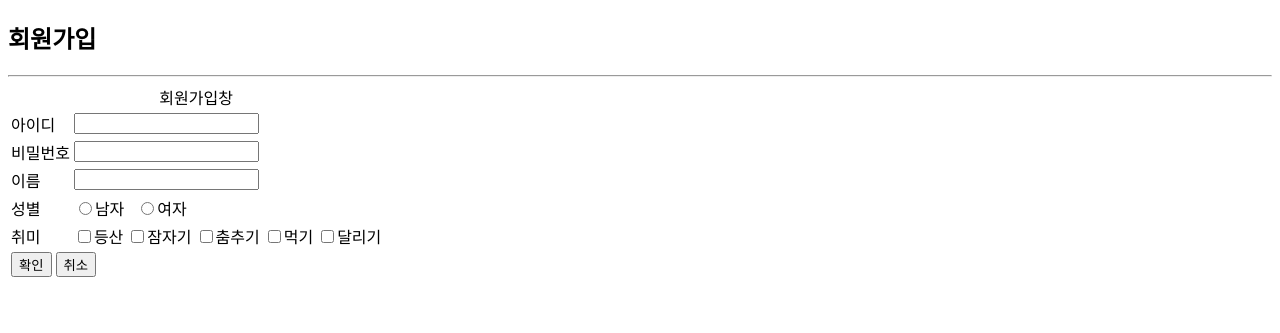
Repository: nijooymik/smartfactory
Page: http://localhost/t0720/customer.jsp
These files come from the project's save history. The page is drawn as it stood at one moment and after the next save; the edit follows.
The browser window is 1280 px wide. The pictures show the whole page.
The page is served by Tomcat 9.

Above is the page before, as saved 2022-07-20 05:11:51.

After the next save:
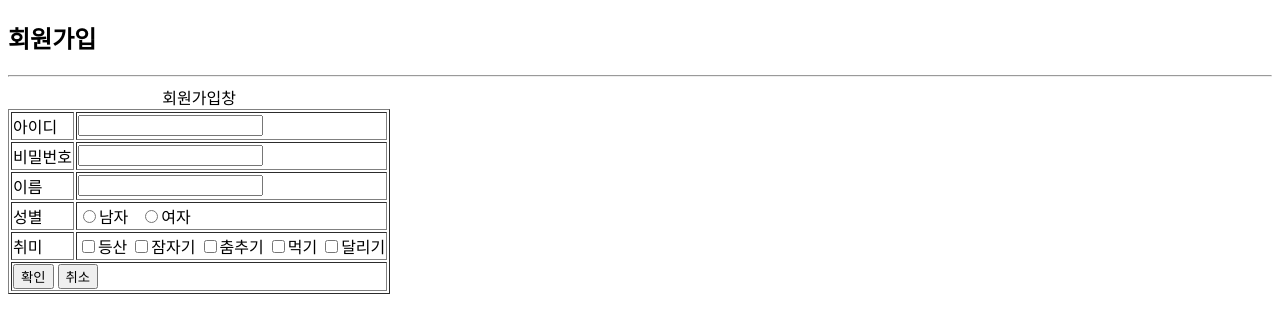
Saved 13 s later.
--- a/jsp/t0720/src/main/webapp/customer.jsp
+++ b/jsp/t0720/src/main/webapp/customer.jsp
@@ -10,7 +10,7 @@
 	<h2>회원가입</h2>
 	<hr>
 	<form action="" method="post">
-		<table bordaer=1>
+		<table border=1>
 			<caption>회원가입창</caption>
 			<tr>
 				<td>아이디</td>
